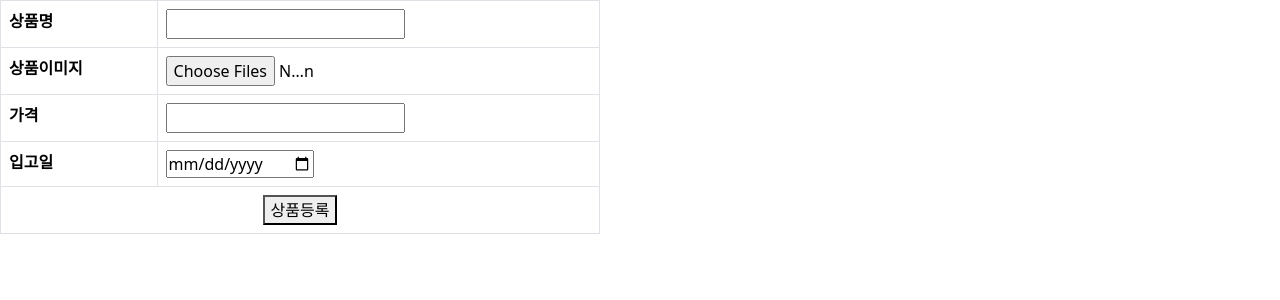
Repository: UZCHA/Sist0103Project
Page: http://localhost/SpringMvcUploadQuiz/quiz/myshop
An editor plug-in stored every save of this project. The page is shown before and after the next save, followed by the edit.
The browser window is 1280 px wide. The pictures show the whole page.
Some web fonts or font styles are not loaded; a fallback is used. The page is served by Tomcat 9.

Above is the page before, as saved 2024-05-07 07:42:05.

After the next save:
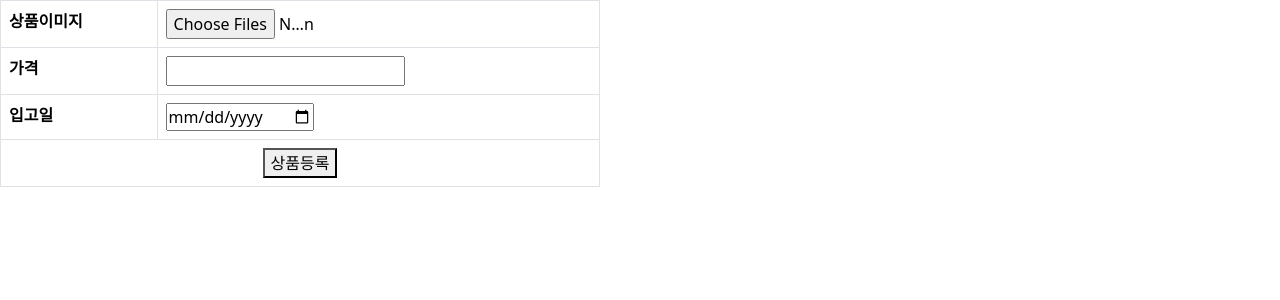
Saved 8 s later.
--- a/sts3work/SpringMvcUploadQuiz/src/main/webapp/WEB-INF/day0507Quiz/quizUploadForm.jsp
+++ b/sts3work/SpringMvcUploadQuiz/src/main/webapp/WEB-INF/day0507Quiz/quizUploadForm.jsp
@@ -14,12 +14,7 @@
 <body>
 	<form action="shopwrite" method="post" enctype="multipart/form-data">
 		<table class="table table-bordered" style="width: 600px;">
-			<tr>
-				<th>상품명</th>
-				<td>
-					<input type="text" name="sangpum">
-				</td>
-			</tr>
+
 			<tr>
 				<th>상품이미지</th>
 				<td>
